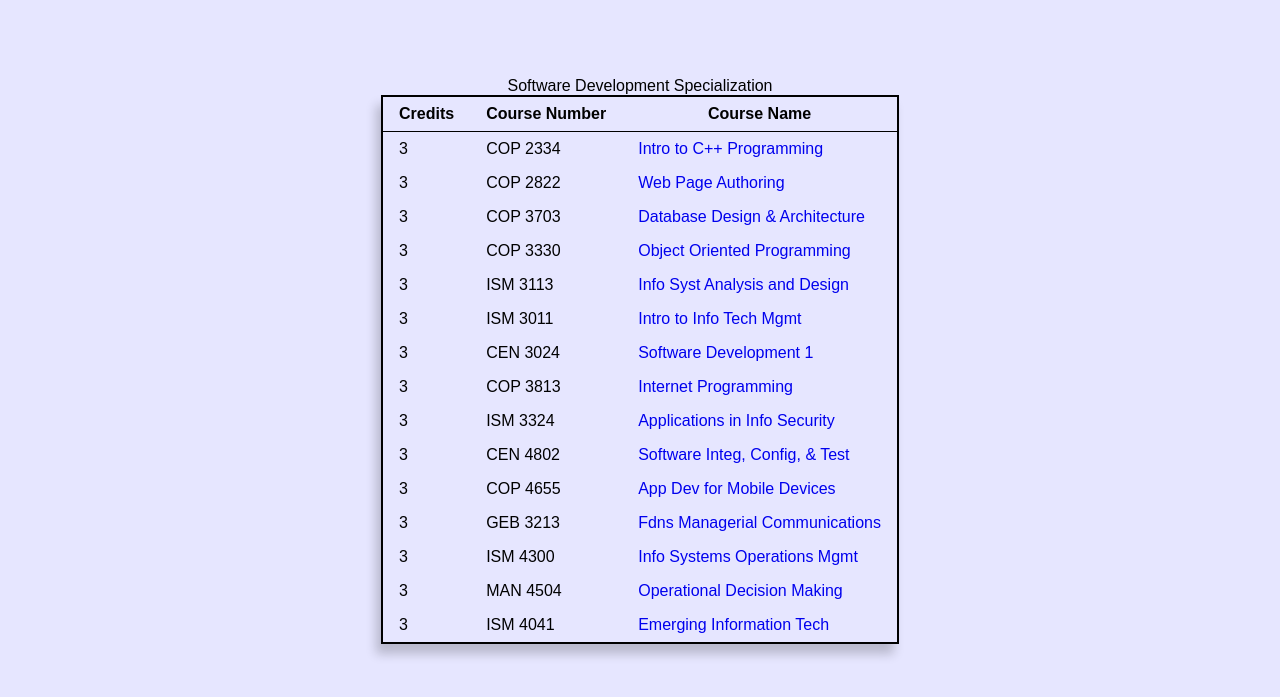
Repository: mlmEFSC21/P3-DegreeSpecializationTable
Page: index.html
These files come from the project's save history. The page is drawn as it stood at one moment and after the next save; the edit follows.
The browser window is 1280 px wide. The pictures show the whole page.
Some web fonts or font styles are not loaded; a fallback is used.

Above is the page before, as saved 2022-02-01 21:15:04.

After the next save:
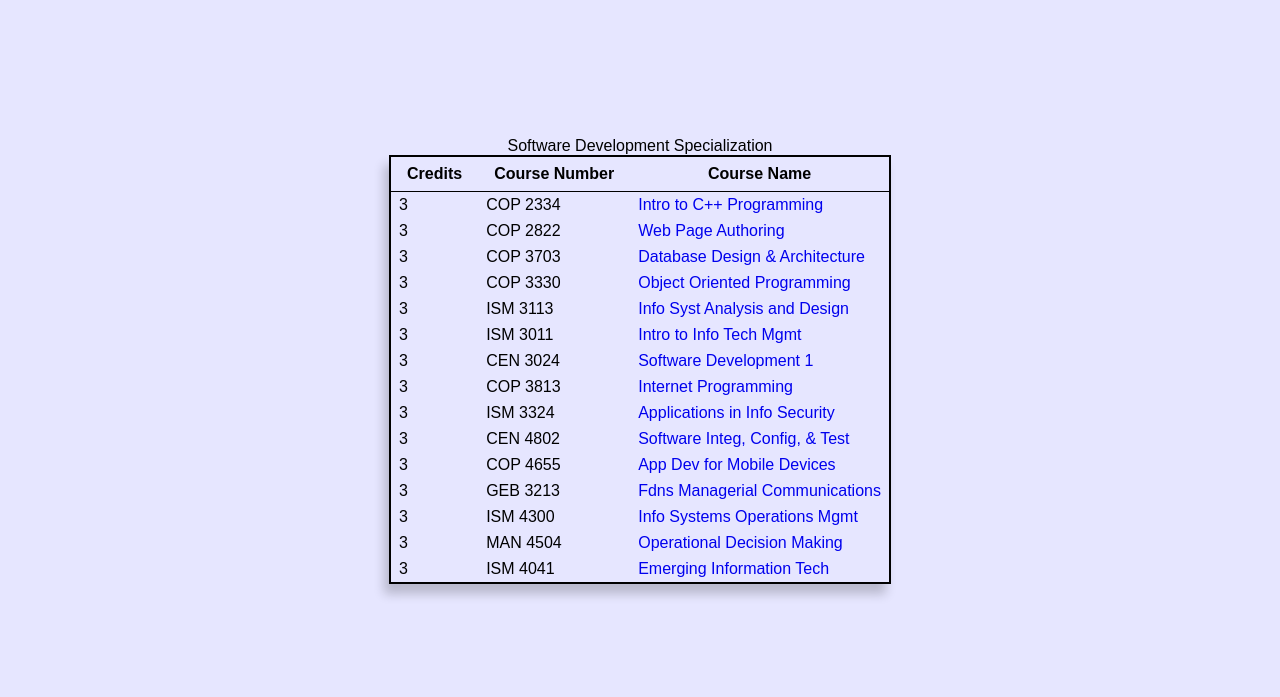
Saved 14 s later.
--- a/tableStyles.css
+++ b/tableStyles.css
@@ -36,7 +36,7 @@
     padding: 0.5rem 1rem;
 }
 td {
-    padding: 0.5rem 1rem;
+    padding: 0.25rem 0.5rem;
 }
 a {
     text-decoration: none;

After the save that followed:
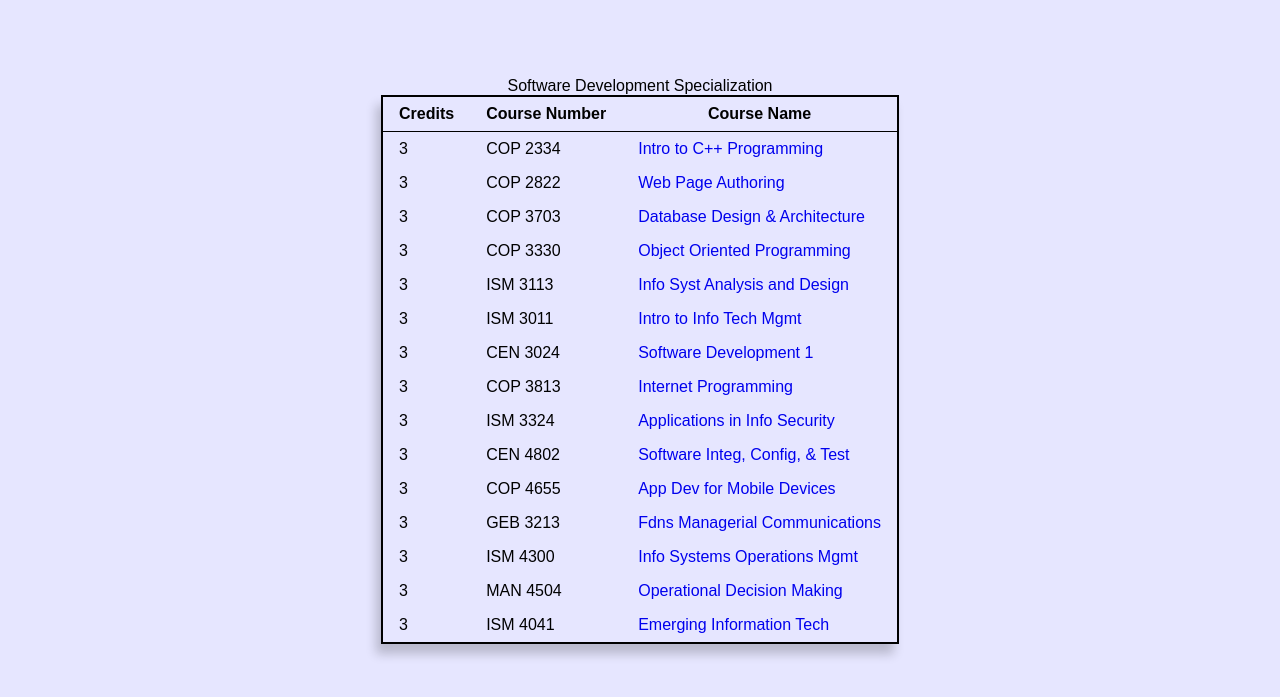
Saved 44 s later.
--- a/tableStyles.css
+++ b/tableStyles.css
@@ -36,7 +36,7 @@
     padding: 0.5rem 1rem;
 }
 td {
-    padding: 0.25rem 0.5rem;
+    padding: 0.5rem 1rem;
 }
 a {
     text-decoration: none;
